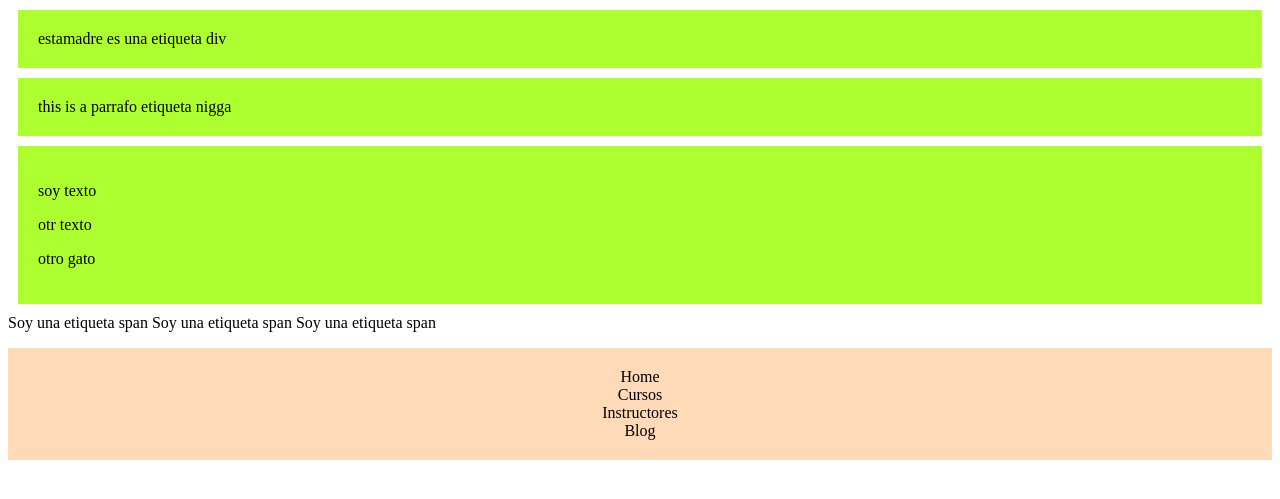
Repository: Daniel009980/daniel0099980
Page: display/index.html
These files come from the project's save history. The page is drawn as it stood at one moment and after the next save; the edit follows.
The browser window is 1280 px wide. The pictures show the whole page.

Above is the page before, as saved 2022-09-19 02:12:08.

### display/index.html
<!DOCTYPE html>
<html lang="en">
<head>
    <meta charset="UTF-8">
    <meta http-equiv="X-UA-Compatible" content="IE=edge">
    <meta name="viewport" content="width=device-width, initial-scale=1.0">
    <title>Document</title>
    <link rel="stylesheet" href="./style.css">
</head>
<body>
    <div class="block-element">estamadre es una etiqueta div</div>
    <p class="block-element">this is a parrafo etiqueta nigga</p>
        <div class="block-element">
            <p class="parrafo">soy texto</p>
            <p class="parrafo">otr texto</p>
            <p class="parrafo">otro gato</p>        <!-- esta madre es display in block lo que causa que ese texto ocupe el 100% de weight(ancho) aunque quede espacio para mas texto -->
        </div>
        <span>Soy una etiqueta span</span>              <!-- y este como es display in line el texto no usa el 100% del espacio porque lo que puede poner al lado las demas etiquetas de span -->
        <span>Soy una etiqueta span</span>                  <!-- para la parte inline no sepuede utilizar el padding ni el margin en la parte de arriba o abajo -->
        <span>Soy una etiqueta span</span>

        <ul class="nav">
            <li>Home</li>
            <li>Cursos</li>
            <li>Instructores</li>
            <li>Blog</li>
        </ul>
</body>
</html>

### display/style.css
.block-element{
    background-color: greenyellow;
    margin: 10px;
    padding: 20px;
}

.nav{
    background-color: peachpuff;
    padding: 20px;
    list-style: none;
    text-align: center;
}

After the next save:
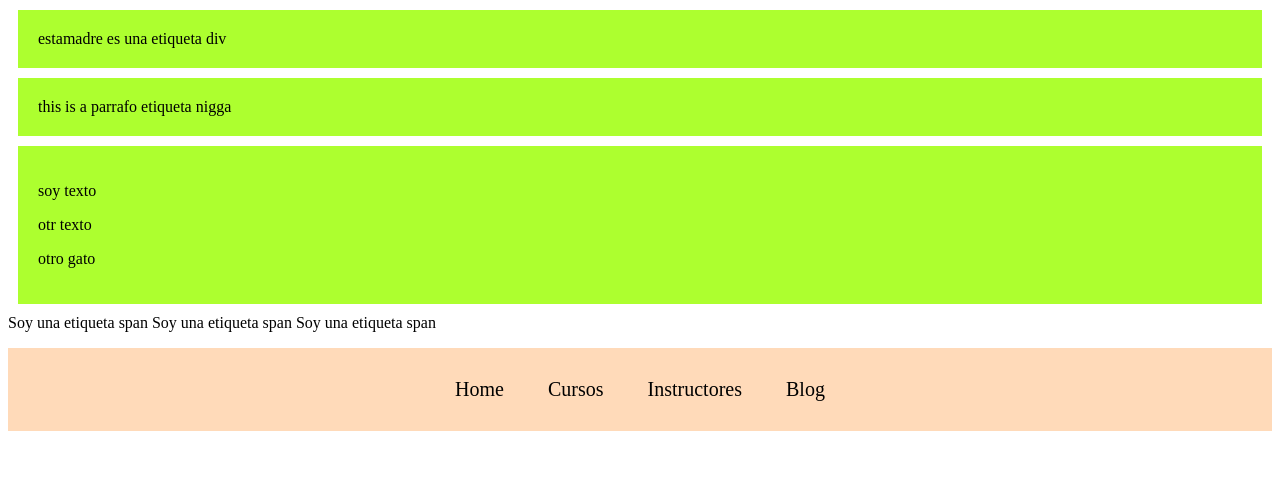
Saved 68 s later.
--- a/display/style.css
+++ b/display/style.css
@@ -10,3 +10,12 @@
     list-style: none;
     text-align: center;
 }
+
+.nav li{
+    display: inline-block;
+    font-size: 20px;
+    margin: 10px 0;
+    padding-left: 20px;
+    padding-right: 20px;
+
+}
